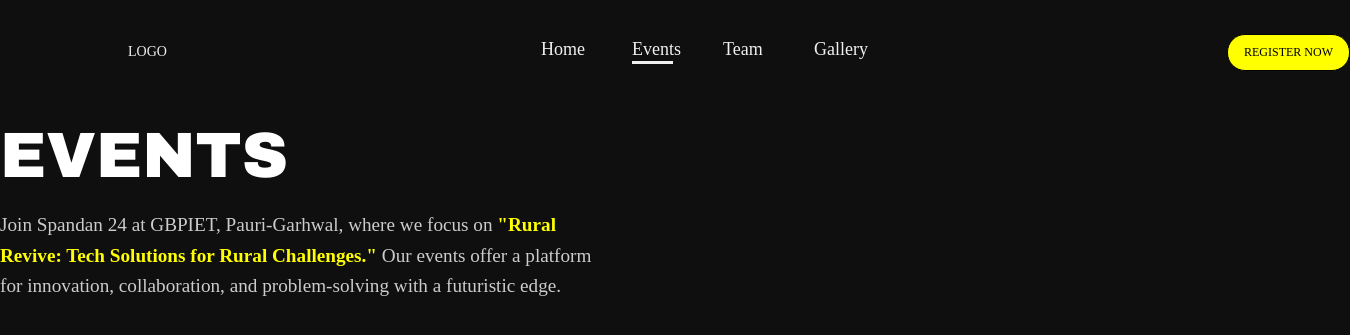
Repository: s4bbi/spandan-3.0
Page: /Events
These files come from the project's save history. The page is drawn as it stood at one moment and after the next save; the edit follows.
The browser window is 1280 px wide. The page is 1350 px wide, so the pictures cover 1350 px, including what lies to the right of the window. The pictures show the whole page.
The project was rebuilt for these pictures with package versions that can differ from the ones it lists, and the page was loaded fresh each time. Also part of the build but not shown: vite.config.js, src/pages/Home/Home.jsx.

Above is the page before, as saved 2024-11-02 02:22:41.

After the next save:
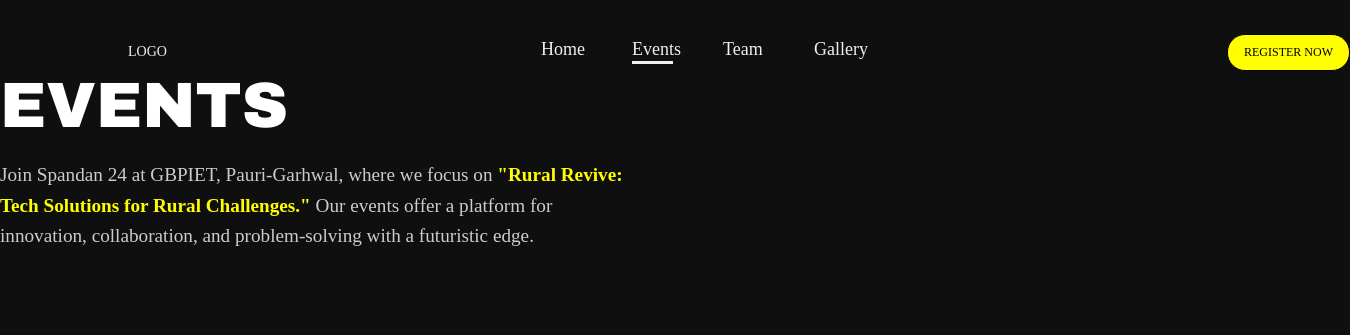
Saved 4 s later.
--- a/src/components/HeroSection/HeroSection.css
+++ b/src/components/HeroSection/HeroSection.css
@@ -2,8 +2,8 @@
     display: flex;
     align-items: center;
     justify-content: space-between;
-    padding-top: 50px;
-    max-width: 1200px;
+    /* padding-top: 50px;
+    max-width: 1200px; */
     margin: 192 auto;
   }
 
